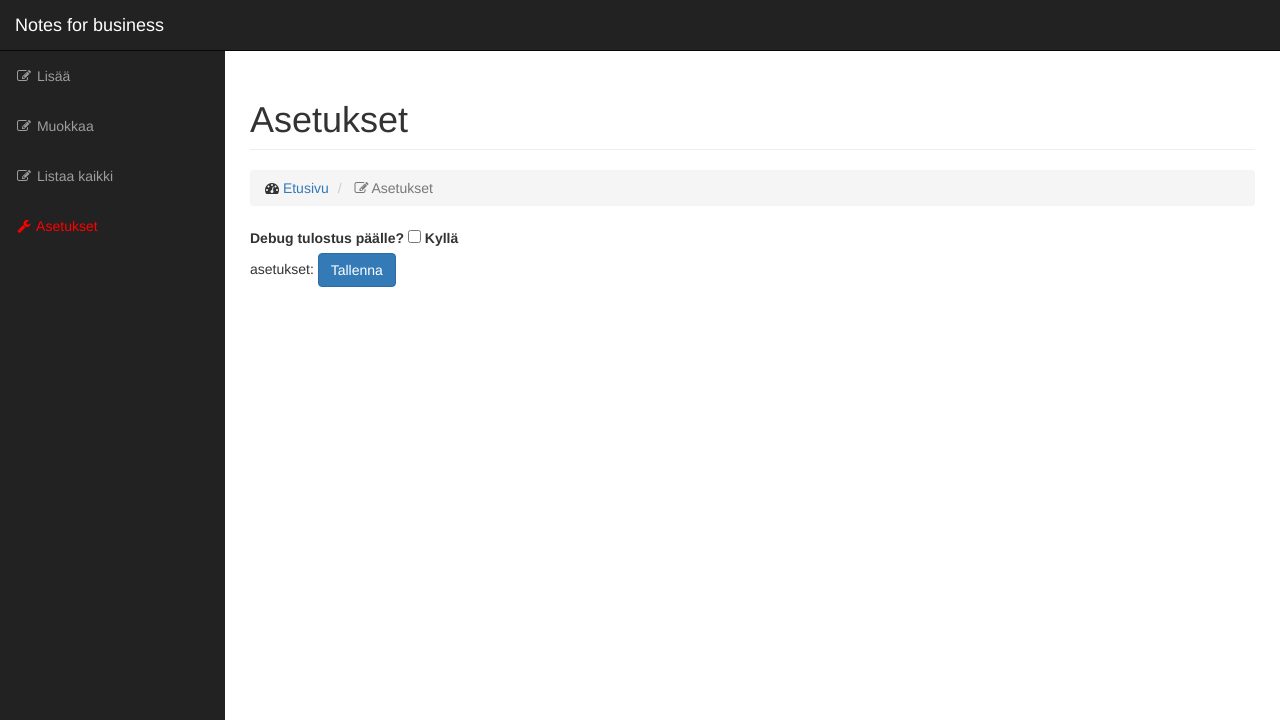
Repository: TommiKurjensalo/php
Page: http://localhost/asetukset.php
An editor plug-in stored every save of this project. The page is shown before and after the next save, followed by the edit.
The browser window is 1280 px wide. The pictures show the whole page.
The page is run by PHP 8.4 with error messages shown; the project is at /var/www/html/.

Above is the page before, as saved 2017-04-21 20:22:33.

### sivut/asetukset.php
<?php
require_once "asetuksetLuokka.php";

// Käynnistetään sessio
session_start ();

// Onko painettu tallenna-painiketta
if (isset($_POST["tallenna"])) {
	if (isset($_COOKIE["isDebug"])) {
		echo "<div style='padding-left:300px;'>";
		echo "post debug: ".(isset($_POST["debug"])
				? $_POST["debug"] : 'notSet') ."  tallenna painike valittu </div>";
	}
	// Viedään muodostimelle kenttien arvot
		if (isset($_POST["debug"])) {
			$asetukset = true;

			// Kirjoitetaan session tiedot talteen
			$_SESSION ["asetukset"] = true;
			session_write_close ();

			// Asetetaan cookie, koska debug haluttiin päälle
			setcookie("isDebug", $_POST["debug"], time() +86400, "/sivut/"); // 86400 = 1 day

			echo (isset($_COOKIE["isDebug"]) ? "<br><div style='padding-left:300px;'> Cookies are enabled </div>" : '');

		} else {

				// Tuhotaan cookie, koska käyttäjä niin halusi
				setcookie("isDebug", "", time() - 3600, "/sivut/");

				echo (isset($_COOKIE["isDebug"]) ? "<br><div style='padding-left:300px;'>  if isset post debug else tuhotaan " : '');

				$_SESSION = array ();

					if (isset ( $_COOKIE [session_name ()] )) {
						setcookie ( session_name (), '', time () - 100, '/' );
					}

				session_destroy ();
				$asetukset = false;

				echo (isset($_COOKIE["isDebug"]) ? "<br> Cookies are disabled" :''). "</div>";
		}

	echo (isset($_COOKIE["isDebug"])
			? "<div style='padding-left:300px;'>if cookie debug sisältö: " .(isset($_COOKIE["isDebug"])
					? $_COOKIE["isDebug"] :'false'). "</div>" : '</div>');

}

elseif (isset ( $_POST ["debug"] )) {
	if (isset ( $_SESSION ["asetukset"] )) {
		echo (isset($_COOKIE["isDebug"]) ? "<div style='padding-left:300px;'> elseif isset post&session </div>" :'');
		$_SESSION = array ();

		if (isset ( $_COOKIE [session_name ()] )) {
			setcookie ( session_name (), '', time () - 100, '/' );
		}

		session_destroy ();
	}

} else {

	// Sivulle tultiin ensimmäistä kertaa
	// Tehdään false muuttuja
	$asetukset = false;

	if (isset ($_COOKIE["isDebug"] )) {
		if (isset ( $_SESSION ["asetukset"] )) {
			echo (isset($_COOKIE["isDebug"]) ? "<div style='padding-left:300px;'><br>else isset session asetukset sisältö: " .$_SESSION ["asetukset"]. "</div>" :'');
			$asetukset = true;
		}

		$asetukset = true;
		echo (isset($_COOKIE["isDebug"]) ?
		"<div style='padding-left:300px;'>" .
		" else isset cookie debug sisältö: " .$_COOKIE["isDebug"]. "</div>":'');

	} elseif (isset ( $_SESSION ["asetukset"] )) {
		$asetukset = true;
	}



}

?>

<!DOCTYPE html>
<html lang="en">

<head>

    <meta charset="utf-8">
    <meta http-equiv="X-UA-Compatible" content="IE=edge">
    <meta name="viewport" content="width=device-width, initial-scale=1">
    <meta name="description" content="">
    <meta name="author" content="">

    <title>Notes</title>

    <!-- Bootstrap Core CSS -->
    <link href="css/bootstrap.min.css" rel="stylesheet">

    <!-- Custom CSS -->
    <link href="css/sb-admin.css" rel="stylesheet">

    <!-- Custom Fonts -->
    <link href="font-awesome/css/font-awesome.min.css" rel="stylesheet" type="text/css">

    <!-- HTML5 Shim and Respond.js IE8 support of HTML5 elements and media queries -->
    <!-- WARNING: Respond.js doesn't work if you view the page via file:// -->
    <!--[if lt IE 9]>
        <script src="https://oss.maxcdn.com/libs/html5shiv/3.7.0/html5shiv.js"></script>
        <script src="https://oss.maxcdn.com/libs/respond.js/1.4.2/respond.min.js"></script>
    <![endif]-->

</head>

<body>

    <div id="wrapper">

        <!-- Navigation -->
        <nav class="navbar navbar-inverse navbar-fixed-top" role="navigation">
            <!-- Brand and toggle get grouped for better mobile display -->
            <div class="navbar-header">
                 <a class="navbar-brand" href="index.php">Notes for business</a>

            </div>

            <!-- Sidebar Menu Items - These collapse to the responsive navigation menu on small screens -->
            <div class="collapse navbar-collapse navbar-ex1-collapse">
                <ul class="nav navbar-nav side-nav">
                    <li>
                        <a href="lisaa.php"> <i class="fa fa-fw fa-edit"></i> Lisää</a>
                    </li>
                    <li>
                        <a href="muokkaa.php"><i class="fa fa-fw fa-edit"></i> Muokkaa</a>
                    </li>
                    <li>
                        <a href="listaaKaikki.php"><i class="fa fa-fw fa-edit"></i> Listaa kaikki</a>
                    </li>
                    <li>
                        <a href="asetukset.php" class="active"><i class="fa fa-fw fa-wrench"></i> Asetukset</a>
                    </li>

                </ul>
            </div>
            <!-- /.navbar-collapse -->
        </nav>

        <div id="page-wrapper">

            <div class="container-fluid">

                <!-- Page Heading -->
                <div class="row">
                    <div class="col-lg-12">
                        <h1 class="page-header">
                            Asetukset
                        </h1>
                        <ol class="breadcrumb">
                            <li>
                                <i class="fa fa-dashboard"></i>  <a href="index.php">Etusivu</a>
                            </li>
                            <li class="active">
                                <i class="fa fa-edit"></i> Asetukset
                            </li>
                        </ol>
                    </div>
                </div>
                <!-- /.row -->

                <div class="row">
                    <div class="col-lg-4">

                        <form class="form-inline" role="form" action="<?php echo htmlspecialchars($_SERVER["PHP_SELF"]);?>" method="post">

                            <div class="form-check form-check-inline">
  							  <label class="form-check-label"> Debug tulostus päälle?
	                                	<input name="debug" type="checkbox" class="form-check-input" value="true"
	                                	<?php echo (($asetukset ===true) ? ' checked' : ''); ?> /> Kyllä</label>
	                                </div>

              				<?php echo 'asetukset: '.$asetukset?>
                          	<div class="form-group">

                            		<input name="tallenna" type="submit" class="btn btn-primary px-2" value="Tallenna"/>

							</div>



                        </form>

                    </div> <!-- ./col-lg-4 -->

                </div>
                <!-- /.row -->

            </div>
            <!-- /.container-fluid -->

        </div>
        <!-- /#page-wrapper -->

    </div>
    <!-- /#wrapper -->

    <!-- jQuery -->
    <script src="js/jquery.js"></script>

    <!-- Bootstrap Core JavaScript -->
    <script src="js/bootstrap.min.js"></script>

</body>

</html>

### sivut/asetuksetLuokka.php
<?php

class Asetukset {

	// luokan attribuutit
	private $debug = false;

	// Luokan konstruktori asetukset toimintoa varten
	public function __construct($uusiDebug = "")
	{

		// trim poistaa tyhjät merkkijonon alusta ja lopusta
		$this->debug = ($uusiDebug);
	}

	// Muuttaa/asettaa debug-attribuutin
	public function setDebug($uusiDebug) {
		$this->debug = $uusiDebug;
	}

	// Palauttaa debug-attribuutin
	public function getDebug() {
		return $this->debug;
	}

} // Luokka Asetukset
?>

### sivut/css/sb-admin.css
/*!
 * Start Bootstrap - SB Admin (http://startbootstrap.com/)
 * Copyright 2013-2016 Start Bootstrap
 * Licensed under MIT (https://github.com/BlackrockDigital/startbootstrap/blob/gh-pages/LICENSE)
 */

/* Global Styles */

body {
    margin-top: 100px;
   /* background-color: #222; */
}

@media(min-width:768px) {
    body {
        margin-top: 50px;
    }
}

#wrapper {
    padding-left: 0;
}

#page-wrapper {
    width: 100%;
    padding: 0;
    background-color: #fff;
}

.huge {
    font-size: 50px;
    line-height: normal;
}

@media(min-width:768px) {
    #wrapper {
        padding-left: 225px;
    }

    #page-wrapper {
        padding: 10px;
    }
}

/* Top Navigation */

.top-nav {
    padding: 0 15px;
}

.top-nav>li {
    display: inline-block;
    float: left;
}

.top-nav>li>a {
    padding-top: 15px;
    padding-bottom: 15px;
    line-height: 20px;
    color: #999;
}

.top-nav>li>a:hover,
.top-nav>li>a:focus,
.top-nav>.open>a,
.top-nav>.open>a:hover,
.top-nav>.open>a:focus {
    color: #fff;
    background-color: #000;
}

.top-nav>.open>.dropdown-menu {
    float: left;
    position: absolute;
    margin-top: 0;
    border: 1px solid rgba(0,0,0,.15);
    border-top-left-radius: 0;
    border-top-right-radius: 0;
    background-color: #fff;
    -webkit-box-shadow: 0 6px 12px rgba(0,0,0,.175);
    box-shadow: 0 6px 12px rgba(0,0,0,.175);
}

.top-nav>.open>.dropdown-menu>li>a {
    white-space: normal;
}

ul.message-dropdown {
    padding: 0;
    max-height: 250px;
    overflow-x: hidden;
    overflow-y: auto;
}

li.message-preview {
    width: 275px;
    border-bottom: 1px solid rgba(0,0,0,.15);
}

li.message-preview>a {
    padding-top: 15px;
    padding-bottom: 15px;
}

li.message-footer {
    margin: 5px 0;
}

ul.alert-dropdown {
    width: 200px;
}

/* Side Navigation */

@media(min-width:768px) {
    .side-nav {
        position: fixed;
        top: 51px;
        left: 225px;
        width: 225px;
        margin-left: -225px;
        border: none;
        border-radius: 0;
        overflow-y: auto;
        background-color: #222;
        bottom: 0;
        overflow-x: hidden;
        padding-bottom: 40px;
    }

    .side-nav>li>a {
        width: 225px;
    }

	.nav .navbar-nav .side-nav > .active > a {
        color:red !important;
    }

	.side-nav a.active{
        color:red !important;
    }

    .side-nav li a:hover,
    .side-nav li a:focus {
        outline: none;
        background-color: #000 !important;
    }
}

.side-nav>li>ul {
    padding: 0;
}

.side-nav>li>ul>li>a {
    display: block;
    padding: 10px 15px 10px 38px;
    text-decoration: none;
    color: #999;
}

.side-nav>li>ul>li>a:hover {
    color: #fff;
}

/* Flot Chart Containers */

.flot-chart {
    display: block;
    height: 400px;
}

.flot-chart-content {
    width: 100%;
    height: 100%;
}

/* Custom Colored Panels */

.huge {
    font-size: 40px;
}

.panel-green {
    border-color: #5cb85c;
}

.panel-green > .panel-heading {
    border-color: #5cb85c;
    color: #fff;
    background-color: #5cb85c;
}

.panel-green > a {
    color: #5cb85c;
}

.panel-green > a:hover {
    color: #3d8b3d;
}

.panel-red {
    border-color: #d9534f;
}

.panel-red > .panel-heading {
    border-color: #d9534f;
    color: #fff;
    background-color: #d9534f;
}

.panel-red > a {
    color: #d9534f;
}

.panel-red > a:hover {
    color: #b52b27;
}

.panel-yellow {
    border-color: #f0ad4e;
}

.panel-yellow > .panel-heading {
    border-color: #f0ad4e;
    color: #fff;
    background-color: #f0ad4e;
}

.panel-yellow > a {
    color: #f0ad4e;
}

.panel-yellow > a:hover {
    color: #df8a13;
}

@media screen and (max-width: 1024px) {
				.etusivu {
				left: 50%;
				margin-left: -512px; }
		}

.etusivu {
			background: linear-gradient(to bottom,rgba(0, 0, 0, 0), rgba(0, 0, 0, 0.4)
			),url(../img/film-background.jpg);
			position: fixed;
			overflow: hidden;
			left: 0;
	  		/* Set rules to fill background */
			min-height: 100%;
			min-width: 1024px;

			/* Set up proportionate scaling */
			width: 100%;
			height: auto;
    	}

.etusivu > h1 {
		     margin: 0;
			 color: white;
			 padding: 10% 0 0 50%;
			 text-shadow: 10px 10px 0 black;
		 }

hr {
   display: block;
   position: relative;
   height: 0;
   width: 100%;
   max-height: 0;
   font-size: 1px;
   line-height: 10px;
   clear: both;
   border: none;
   border-top: 2px solid #aaaaaa;
   border-bottom: 2px solid #ffffff;
}

.table-hover>tbody>tr:hover>td, .table-hover>tbody>tr:hover>th {
  background-color: #646464;
  color:#eeeeee;
}

Loaded but not shown: sivut/css/bootstrap.min.css (library); sivut/font-awesome/css/font-awesome.min.css (library); sivut/js/jquery.js (library); sivut/js/bootstrap.min.js (library)

After the next save:
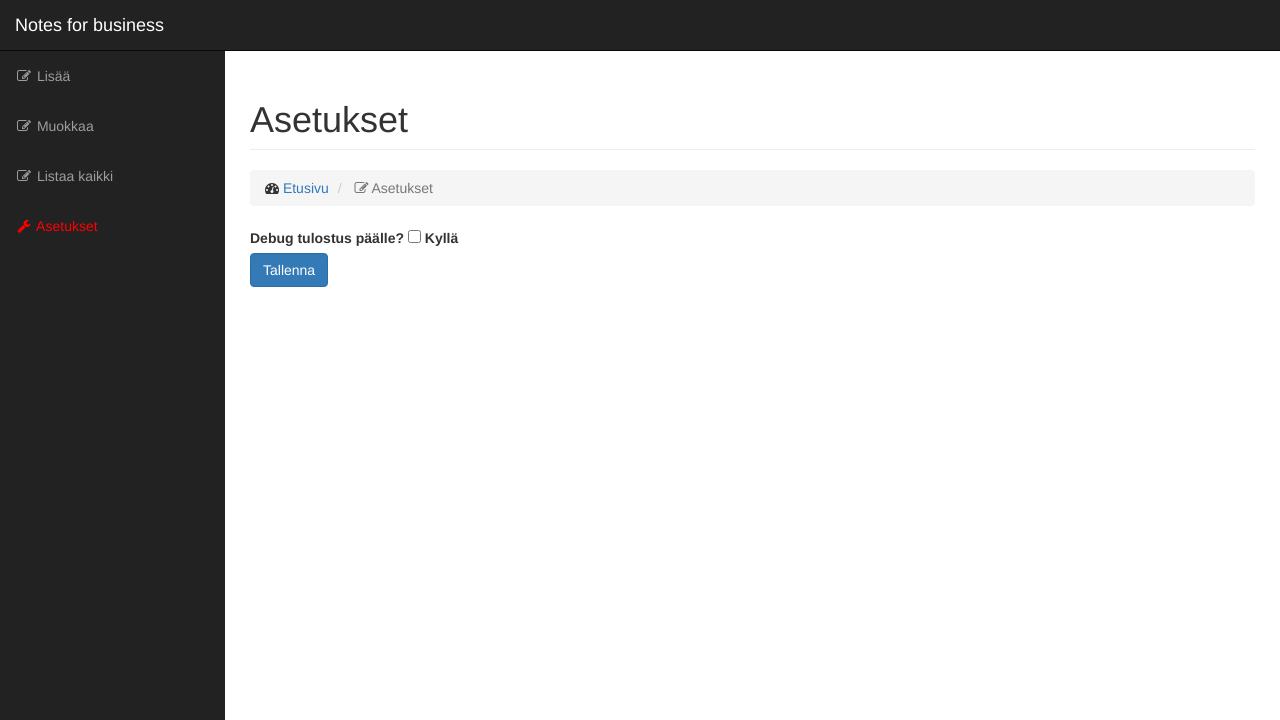
Saved 44 s later.
--- a/sivut/asetukset.php
+++ b/sivut/asetukset.php
@@ -185,7 +185,6 @@ elseif (isset ( $_POST ["debug"] )) {
 	                                	<?php echo (($asetukset ===true) ? ' checked' : ''); ?> /> Kyllä</label>
 	                                </div>
 
-              				<?php echo 'asetukset: '.$asetukset?>
                           	<div class="form-group">
 
                             		<input name="tallenna" type="submit" class="btn btn-primary px-2" value="Tallenna"/>
